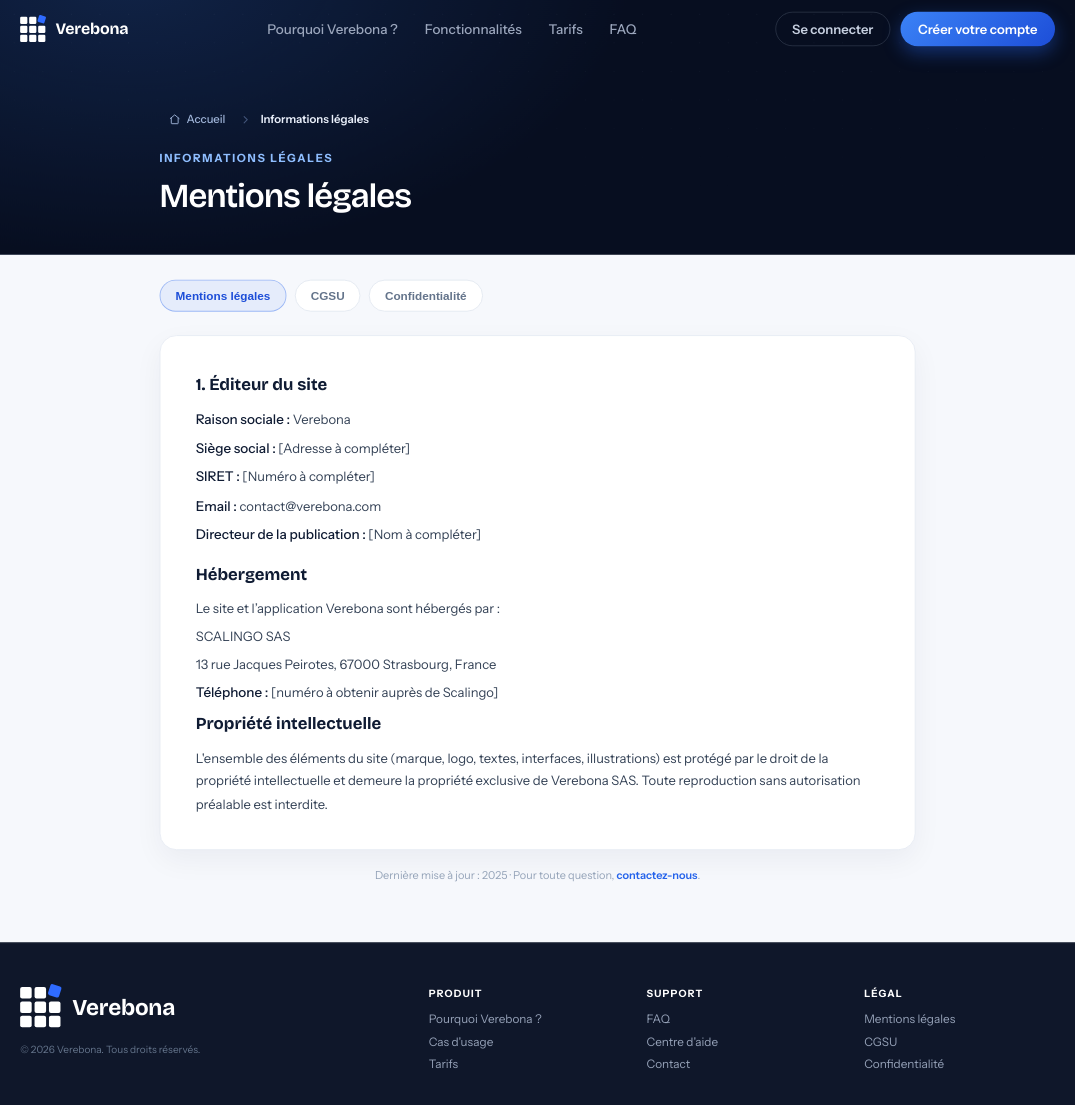
Repository: AdminVerebona/verebona-public
Page: /mentions-legales
An editor plug-in stored every save of this project. The page is shown before and after the next save, followed by the edit.
The browser window is 1280 px wide. The pictures show the whole page, at 84% of full size.
The project was rebuilt for these pictures with package versions that can differ from the ones it lists, and the page was loaded fresh each time. Also part of the build but not shown: next.config.mjs, vite.config.js, vite.config.ts, src/composables/useLanding.ts, src/sections/HeroSection.vue, src/sections/WhySection.vue, src/sections/UseCasesSection.vue, src/sections/FeaturesSection.vue and 6 more.

Above is the page before, as saved 2026-07-10 15:14:16.

### index.html
<!doctype html>
<html lang="fr">
  <head>
    <meta charset="UTF-8" />
    <meta name="viewport" content="width=device-width, initial-scale=1.0" />
    <title>Verebona — Centralisez, organisez, valorisez vos biens</title>
    <meta
      name="description"
      content="Verebona centralise vos biens, documents et échéances pour les retrouver facilement, anticiper les dates importantes et valoriser vos biens le moment venu."
    />
  </head>
  <body>
    <div id="app"></div>
    <script type="module" src="/src/main.ts"></script>
  </body>
</html>

### src/main.ts
import { createApp } from 'vue'
import App from './App.vue'
import router from './router'
import { vHover } from './directives/hover'
import './style.css'

createApp(App)
  .use(router)
  .directive('hover', vHover)
  .mount('#app')

### src/App.vue
<template>
  <div style="background:#070E20;color:#EAF0FB;overflow-x:hidden;min-height:100vh">
    <AppHeader />
    <router-view />
    <AppFooter />
  </div>
</template>

<script setup lang="ts">
import { onMounted, watch, nextTick } from 'vue'
import { useRoute } from 'vue-router'
import AppHeader from './components/AppHeader.vue'
import AppFooter from './components/AppFooter.vue'
import { useScrollReveal } from './composables/useScrollReveal'

const route = useRoute()
const { scan } = useScrollReveal()

onMounted(() => { scan() })

// Re-scan reveal targets whenever the route (page) changes.
watch(
  () => route.fullPath,
  () => { nextTick(() => setTimeout(scan, 60)) },
)
</script>

### src/router/index.ts
import { createRouter, createWebHistory } from 'vue-router'
import HomeView from '../views/HomeView.vue'

const routes = [
  { path: '/', name: 'home', component: HomeView },
  { path: '/aide', name: 'help', component: () => import('../views/HelpView.vue') },
  { path: '/contact', name: 'contact', component: () => import('../views/ContactView.vue') },
  { path: '/mentions-legales', name: 'legal-mentions', component: () => import('../views/LegalView.vue') },
  { path: '/cgu', name: 'legal-cgu', component: () => import('../views/LegalView.vue') },
  { path: '/confidentialite', name: 'legal-confid', component: () => import('../views/LegalView.vue') },
  { path: '/:pathMatch(.*)*', name: 'not-found', component: () => import('../views/NotFoundView.vue') },
]

const router = createRouter({
  history: createWebHistory(),
  routes,
  scrollBehavior(to) {
    if (to.hash) return { el: to.hash, behavior: 'smooth' }
    return { top: 0 }
  },
})

export default router

### src/directives/hover.ts
import type { Directive } from 'vue'

/**
 * v-hover — applies a set of inline styles while the pointer is over the
 * element, and restores the previous values on leave. Reproduces the
 * `style-hover` behaviour of the design prototype.
 *
 * Usage:  <a v-hover="{ color: '#fff', transform: 'translateY(-1px)' }">
 */
type HoverStyles = Record<string, string>

interface HoverEl extends HTMLElement {
  __hoverEnter?: () => void
  __hoverLeave?: () => void
}

export const vHover: Directive<HoverEl, HoverStyles> = {
  mounted(el, binding) {
    const styles = binding.value || {}
    const original: HoverStyles = {}

    const enter = () => {
      for (const key in styles) {
        original[key] = (el.style as any)[key]
        ;(el.style as any)[key] = styles[key]
      }
    }
    const leave = () => {
      for (const key in styles) {
        ;(el.style as any)[key] = original[key] || ''
      }
    }

    el.__hoverEnter = enter
    el.__hoverLeave = leave
    el.addEventListener('mouseenter', enter)
    el.addEventListener('mouseleave', leave)
  },
  unmounted(el) {
    if (el.__hoverEnter) el.removeEventListener('mouseenter', el.__hoverEnter)
    if (el.__hoverLeave) el.removeEventListener('mouseleave', el.__hoverLeave)
  },
}

### src/style.css
/* ============================================================
   Verebona — global styles
   Fonts, resets, scroll-reveal animation, responsive rules.
   All component-level styling is inline in the .vue templates
   (ported 1:1 from the validated design prototype).
   ============================================================ */

@import url('https://fonts.googleapis.com/css2?family=Bricolage+Grotesque:opsz,wght@12..96,400;12..96,500;12..96,600;12..96,700&family=Instrument+Sans:wght@400;500;600;700&family=Space+Mono:wght@400;700&display=swap');

* { box-sizing: border-box; }
html, body { margin: 0; padding: 0; }
body {
  font-family: 'Instrument Sans', system-ui, sans-serif;
  -webkit-font-smoothing: antialiased;
  background: #070E20;
}
h1, h2, h3, h4 { font-family: 'Bricolage Grotesque', sans-serif; margin: 0; }
p { margin: 0; }
a { text-decoration: none; color: inherit; }
a:hover { color: inherit; }

@keyframes vb-float { 0%, 100% { transform: translateY(0); } 50% { transform: translateY(-14px); } }
@keyframes vb-float-s { 0%, 100% { transform: translateY(0); } 50% { transform: translateY(-9px); } }
@keyframes vb-marquee { 0% { transform: translateX(0); } 100% { transform: translateX(-50%); } }

section[id] { scroll-margin-top: 82px; }

/* Scroll reveal */
.vb-reveal,
.vb-rgroup > * {
  transition: opacity .8s cubic-bezier(.16, 1, .3, 1), transform .8s cubic-bezier(.16, 1, .3, 1);
  will-change: opacity, transform;
}
.vb-anim .vb-reveal,
.vb-anim .vb-rgroup > * { opacity: 0; transform: translateY(40px) scale(.985); }
.vb-reveal.vb-in,
.vb-rgroup > .vb-in { opacity: 1 !important; transform: none !important; }
@media (prefers-reduced-motion: reduce) {
  .vb-reveal,
  .vb-rgroup > * { opacity: 1 !important; transform: none !important; transition: none !important; }
}

/* Responsive */
.r-burger, .r-mobile-menu { display: none; }
@media (max-width: 860px) {
  h1 { font-size: 37px !important; line-height: 1.08 !important; }
  h2 { font-size: 26px !important; line-height: 1.22 !important; }
  .r-nav, .r-hide-m, .r-dots, .r-browser { display: none !important; }
  .r-burger { display: inline-flex !important; }
  .r-mobile-menu { display: flex !important; }
  .r-hero, .r-2, .r-2b, .r-3, .r-4, .r-cta { grid-template-columns: 1fr !important; }
  .r-contact { grid-template-columns: 1fr !important; }
  .r-footer { grid-template-columns: 1fr 1fr !important; gap: 24px !important; }
  .r-mock { flex-direction: column !important; align-items: center !important; gap: 0 !important; }
  .r-uc { flex-direction: column !important; }
  .r-uc-panel { min-width: 0 !important; padding: 22px 20px !important; }
  .r-2 { grid-template-columns: 1fr !important; }
  .r-tri { grid-template-columns: 1fr !important; }
}

### src/composables/useScrollReveal.ts
/**
 * Scroll-reveal: adds `.vb-in` to `.vb-reveal` / `.vb-rgroup` elements as they
 * enter the viewport (staggering the children of a group). Ported from the
 * prototype's IntersectionObserver logic. Honours prefers-reduced-motion and
 * has a safety timeout so content is never left hidden.
 */
let io: IntersectionObserver | null = null

const reduce =
  typeof window !== 'undefined' &&
  !!window.matchMedia &&
  window.matchMedia('(prefers-reduced-motion: reduce)').matches

if (!reduce && typeof document !== 'undefined') {
  document.documentElement.classList.add('vb-anim')
}

function revealAll() {
  document.querySelectorAll('.vb-reveal').forEach((e) => e.classList.add('vb-in'))
  document.querySelectorAll('.vb-rgroup > *').forEach((e) => e.classList.add('vb-in'))
}

function ensureObserver() {
  if (io || reduce || typeof window === 'undefined' || !('IntersectionObserver' in window)) return
  io = new IntersectionObserver(
    (entries) => {
      entries.forEach((entry) => {
        if (!entry.isIntersecting) return
        const el = entry.target as HTMLElement
        io!.unobserve(el)
        if (el.classList.contains('vb-rgroup')) {
          Array.from(el.children).forEach((c, i) => {
            ;(c as HTMLElement).style.transitionDelay = i * 90 + 'ms'
            c.classList.add('vb-in')
          })
        } else {
          el.classList.add('vb-in')
        }
      })
    },
    { threshold: 0.12, rootMargin: '0px 0px -8% 0px' },
  )
}

export function useScrollReveal() {
  function scan() {
    if (reduce || typeof window === 'undefined' || !('IntersectionObserver' in window)) {
      revealAll()
      return
    }
    ensureObserver()
    document.querySelectorAll('.vb-reveal, .vb-rgroup').forEach((el) => io!.observe(el))
    // Safety net: never leave content hidden.
    window.setTimeout(revealAll, 2200)
  }
  return { scan }
}

### src/views/LegalView.vue
<template>
<section style="position:relative;padding:128px 24px 48px;overflow:hidden;background:radial-gradient(1000px 560px at 12% -10%,rgba(59,130,246,.18),transparent 60%),#070E20">
  <div style="position:absolute;inset:0;background-image:radial-gradient(rgba(148,163,184,.09) 1px,transparent 1px);background-size:34px 34px;-webkit-mask-image:linear-gradient(to bottom,#000,transparent 85%);mask-image:linear-gradient(to bottom,#000,transparent 85%);pointer-events:none"></div>
  <div style="max-width:900px;margin:0 auto;position:relative">
    <nav aria-label="Fil d'Ariane" style="margin-bottom:24px"><ol style="display:flex;align-items:center;gap:6px;list-style:none;margin:0;padding:0;font-size:13.5px"><li style="display:flex;align-items:center"><a href="#" @click.prevent="goHome" style="display:inline-flex;align-items:center;gap:7px;color:#9FB4D8;font-weight:500;padding:6px 11px;border-radius:9px;cursor:pointer;transition:color .15s,background .15s" v-hover="{color:'#fff',background:'rgba(255,255,255,.06)'}"><svg width="14" height="14" viewBox="0 0 24 24" fill="none" stroke="currentColor" stroke-width="1.9" stroke-linecap="round" stroke-linejoin="round"><path d="M3 10.5 12 3l9 7.5"/><path d="M5 9.5V20a1 1 0 0 0 1 1h12a1 1 0 0 0 1-1V9.5"/></svg>Accueil</a></li><li aria-hidden="true" style="display:flex;color:#42557A"><svg width="15" height="15" viewBox="0 0 24 24" fill="none" stroke="currentColor" stroke-width="2" stroke-linecap="round" stroke-linejoin="round"><path d="M9 6l6 6-6 6"/></svg></li><li aria-current="page" style="color:#EAF0FB;font-weight:600;padding:6px 4px">{{ crumbLabel }}</li></ol></nav>
    <div style="font-size:13.5px;letter-spacing:.15em;text-transform:uppercase;font-weight:800;color:#8FBEFF;margin-bottom:16px">Informations légales</div>
    <h1 style="font-size:40px;line-height:1.08;font-weight:600;letter-spacing:-.025em;color:#fff">{{ legalTitle }}</h1>
  </div>
</section>
<section style="background:#F6F8FC;padding:30px 24px 72px">
  <div style="max-width:900px;margin:0 auto">
    <div style="display:flex;flex-wrap:wrap;gap:10px;margin-bottom:28px">
      <button type="button" :style="legalMentionsStyle" @click.prevent="goMentions">Mentions légales</button>
      <button type="button" :style="legalCGUStyle" @click.prevent="goCGU">CGSU</button>
      <button type="button" :style="legalConfidStyle" @click.prevent="goConfid">Confidentialité</button>
    </div>
    <div style="background:#fff;border:1px solid #E6EBF3;border-radius:20px;padding:40px 42px;box-shadow:0 12px 34px rgba(15,27,51,.05)">
      <template v-if="isMentions">
        <div style="font-size:15.5px;line-height:1.75;color:#334155">
          <h2 style="font-size:20px;font-weight:700;color:#0F1B33;font-family:'Bricolage Grotesque',sans-serif;margin:0 0 10px">1. Éditeur du site</h2>
          <p style="margin:0 0 6px"><span style="font-size:16px;font-weight:500;color:#0F1B33">Raison sociale :</span> Verebona</p>
          <p style="margin:0 0 6px"><span style="font-size:16px;font-weight:500;color:#0F1B33">Siège social :</span> [Adresse à compléter]</p>
          <p style="margin:0 0 6px"><span style="font-size:16px;font-weight:500;color:#0F1B33">SIRET :</span> [Numéro à compléter]</p>
          <p style="margin:0 0 6px"><span style="font-size:16px;font-weight:500;color:#0F1B33">Email :</span> contact@verebona.com</p>
          <p style="margin:0 0 16px"><span style="font-size:16px;font-weight:500;color:#0F1B33">Directeur de la publication :</span> [Nom à compléter]</p>
          <h2 style="font-size:20px;font-weight:700;color:#0F1B33;font-family:'Bricolage Grotesque',sans-serif;margin:0 0 10px">Hébergement</h2>
          <p style="margin:0 0 6px">Le site et l’application Verebona sont hébergés par : </p>
          <p style="margin:0 0 6px">SCALINGO SAS</p>

<p style="margin:0 0 6px">13 rue Jacques Peirotes, 67000 Strasbourg, France</p>

<p style="margin:0 0 6px"><span style="font-size:16px;font-weight:500;color:#0F1B33">Téléphone :</span> [numéro à obtenir auprès de Scalingo]</p>
          <h2 style="font-size:20px;font-weight:700;color:#0F1B33;font-family:'Bricolage Grotesque',sans-serif;margin:0 0 10px">Propriété intellectuelle</h2>
          <p style="margin:0">L'ensemble des éléments du site (marque, logo, textes, interfaces, illustrations) est protégé par le droit de la propriété intellectuelle et demeure la propriété exclusive de Verebona SAS. Toute reproduction sans autorisation préalable est interdite.</p>
        </div>
      </template>
      <template v-if="isCGU">
        <div style="font-size:15.5px;line-height:1.75;color:#334155">
          <h2 style="font-size:20px;font-weight:700;color:#0F1B33;font-family:'Bricolage Grotesque',sans-serif;margin:0 0 10px">1. Objet</h2>
          <p style="margin:0 0 22px">Les présentes conditions générales de service et d'utilisation (CGSU) définissent les modalités d'accès et d'utilisation de la plateforme Verebona, service de centralisation et d'organisation documentaire du patrimoine.</p>
          <h2 style="font-size:20px;font-weight:700;color:#0F1B33;font-family:'Bricolage Grotesque',sans-serif;margin:0 0 10px">2. Compte et abonnement</h2>
          <p style="margin:0 0 22px">L'accès au service nécessite la création d'un compte et la souscription d'une offre. L'utilisateur s'engage à fournir des informations exactes et à préserver la confidentialité de ses identifiants.</p>
          <h2 style="font-size:20px;font-weight:700;color:#0F1B33;font-family:'Bricolage Grotesque',sans-serif;margin:0 0 10px">3. Nature du service</h2>
          <p style="margin:0 0 22px">Verebona est une plateforme d'organisation. Les documents importés ne sont ni certifiés, ni validés, ni garantis juridiquement. L'utilisateur reste seul responsable de l'exactitude des informations qu'il enregistre.</p>
          <h2 style="font-size:20px;font-weight:700;color:#0F1B33;font-family:'Bricolage Grotesque',sans-serif;margin:0 0 10px">4. Responsabilités</h2>
          <p style="margin:0 0 22px">Verebona met en œuvre les moyens raisonnables pour assurer la disponibilité et la sécurité du service, sans obligation de résultat concernant une disponibilité ininterrompue.</p>
          <h2 style="font-size:20px;font-weight:700;color:#0F1B33;font-family:'Bricolage Grotesque',sans-serif;margin:0 0 10px">5. Résiliation</h2>
          <p style="margin:0">L'utilisateur peut résilier son abonnement à tout moment. Des modalités de récupération des données sont prévues afin d'éviter tout verrouillage à la fin du contrat.</p>
        </div>
      </template>
      <template v-if="isConfid">
        <div style="font-size:15.5px;line-height:1.75;color:#334155">
          <h2 style="font-size:20px;font-weight:700;color:#0F1B33;font-family:'Bricolage Grotesque',sans-serif;margin:0 0 10px">Données collectées</h2>
          <p style="margin:0 0 22px">Verebona collecte les données nécessaires au fonctionnement du service : informations de compte, contenus importés (fiches de biens, documents) et données d'usage strictement utiles à l'amélioration du service.</p>
          <h2 style="font-size:20px;font-weight:700;color:#0F1B33;font-family:'Bricolage Grotesque',sans-serif;margin:0 0 10px">Finalités</h2>
          <p style="margin:0 0 22px">Les données sont traitées pour fournir le service, assurer la sécurité, et répondre aux obligations légales. Elles ne sont jamais cédées à des tiers à des fins commerciales.</p>
          <h2 style="font-size:20px;font-weight:700;color:#0F1B33;font-family:'Bricolage Grotesque',sans-serif;margin:0 0 10px">Sécurité</h2>
          <p style="margin:0 0 22px">Vos données sont chiffrées lors du stockage et des échanges, et hébergées sur une infrastructure sécurisée au sein de l'Union européenne.</p>
          <h2 style="font-size:20px;font-weight:700;color:#0F1B33;font-family:'Bricolage Grotesque',sans-serif;margin:0 0 10px">Vos droits</h2>
          <p style="margin:0">Conformément au RGPD, vous disposez d'un droit d'accès, de rectification, de portabilité et de suppression de vos données. Pour exercer ces droits, écrivez à contact@verebona.com.</p>
        </div>
      </template>
    </div>
    <p style="font-size:13px;color:#94A3B8;margin-top:22px;text-align:center">Dernière mise à jour : 2025 · Pour toute question, <a href="#" @click.prevent="goContact" style="color:#2563EB;font-weight:600">contactez-nous</a>.</p>
  </div>
</section>
</template>

<script setup lang="ts">
import { useLegal } from '../composables/useLegal'
import { useNav } from '../composables/useNav'
const { isMentions, isCGU, isConfid, legalTitle, legalMentionsStyle, legalCGUStyle, legalConfidStyle, crumbLabel } = useLegal()
const { goHome, goContact, goMentions, goCGU, goConfid } = useNav()
</script>

### src/composables/useNav.ts
import { ref, computed, nextTick } from 'vue'
import { useRouter, useRoute } from 'vue-router'

// Shared across header + footer + mobile menu.
const menuOpen = ref(false)

/**
 * useNav — header/footer navigation. Page links use vue-router; the four
 * in-page section links (Pourquoi / Fonctionnalités / Tarifs / FAQ) route to
 * home first if needed, then smooth-scroll to the anchor.
 */
export function useNav() {
  const router = useRouter()
  const route = useRoute()

  const toggleMenu = () => { menuOpen.value = !menuOpen.value }
  const closeMenu = () => { menuOpen.value = false }

  function scrollToId(id: string) {
    const el = document.getElementById(id)
    if (el && el.scrollIntoView) {
      try { el.scrollIntoView({ behavior: 'smooth', block: 'start' }) } catch { /* noop */ }
    }
  }
  function goToAnchor(id: string) {
    closeMenu()
    if (route.path !== '/') {
      router.push('/').then(() => nextTick(() => setTimeout(() => scrollToId(id), 80)))
    } else {
      scrollToId(id)
    }
  }

  const goHome = () => { closeMenu(); router.push('/') }
  const goAide = () => { closeMenu(); router.push('/aide') }
  const goContact = () => { closeMenu(); router.push('/contact') }
  const goMentions = () => { closeMenu(); router.push('/mentions-legales') }
  const goCGU = () => { closeMenu(); router.push('/cgu') }
  const goConfid = () => { closeMenu(); router.push('/confidentialite') }

  const navPourquoi = () => goToAnchor('pourquoi')
  const navFeatures = () => goToAnchor('features')
  const navPricing = () => goToAnchor('pricing')
  const navFaq = () => goToAnchor('faq')
  const navCasUsage = () => goToAnchor('cas-usage')

  const burgerBase = 'display:block;width:20px;height:2px;border-radius:2px;background:#fff;transition:transform .25s,opacity .25s;'
  const burgerTop = computed(() => burgerBase + 'transform:' + (menuOpen.value ? 'translateY(6px) rotate(45deg)' : 'none'))
  const burgerMid = computed(() => burgerBase + 'opacity:' + (menuOpen.value ? '0' : '1'))
  const burgerBot = computed(() => burgerBase + 'transform:' + (menuOpen.value ? 'translateY(-6px) rotate(-45deg)' : 'none'))

  return {
    menuOpen, toggleMenu, closeMenu,
    goHome, goAide, goContact, goMentions, goCGU, goConfid,
    navPourquoi, navFeatures, navPricing, navFaq, navCasUsage,
    burgerTop, burgerMid, burgerBot,
  }
}

### src/composables/useLegal.ts
import { computed } from 'vue'
import { useRoute } from 'vue-router'

/**
 * Legal page — a single view with three tabs (mentions / cgu / confid),
 * each mapped to its own route so they are independently linkable & indexable:
 *   /mentions-legales   /cgu   /confidentialite
 */
export function useLegal() {
  const route = useRoute()

  const tab = computed<'mentions' | 'cgu' | 'confid'>(() => {
    if (route.path.includes('cgu')) return 'cgu'
    if (route.path.includes('confidentialite')) return 'confid'
    return 'mentions'
  })

  const isMentions = computed(() => tab.value === 'mentions')
  const isCGU = computed(() => tab.value === 'cgu')
  const isConfid = computed(() => tab.value === 'confid')

  const legalTitle = computed(() =>
    tab.value === 'cgu'
      ? "Conditions générales de service et d'utilisation"
      : tab.value === 'confid'
        ? 'Politique de confidentialité'
        : 'Mentions légales',
  )

  const tabStyle = (a: boolean) =>
    `padding:10px 18px;border-radius:999px;font-size:14px;font-weight:600;cursor:pointer;border:1px solid ${a ? 'rgba(37,99,235,.4)' : '#E2E8F0'};background:${a ? 'rgba(37,99,235,.08)' : '#fff'};color:${a ? '#1D4ED8' : '#64748B'};transition:all .15s`

  const legalMentionsStyle = computed(() => tabStyle(isMentions.value))
  const legalCGUStyle = computed(() => tabStyle(isCGU.value))
  const legalConfidStyle = computed(() => tabStyle(isConfid.value))

  return {
    isMentions, isCGU, isConfid, legalTitle,
    legalMentionsStyle, legalCGUStyle, legalConfidStyle,
    crumbLabel: 'Informations légales',
  }
}

Loaded but not shown: src/components/AppHeader.vue (68 lines, source omitted); src/components/AppFooter.vue (21 lines, source omitted)

After the next save:
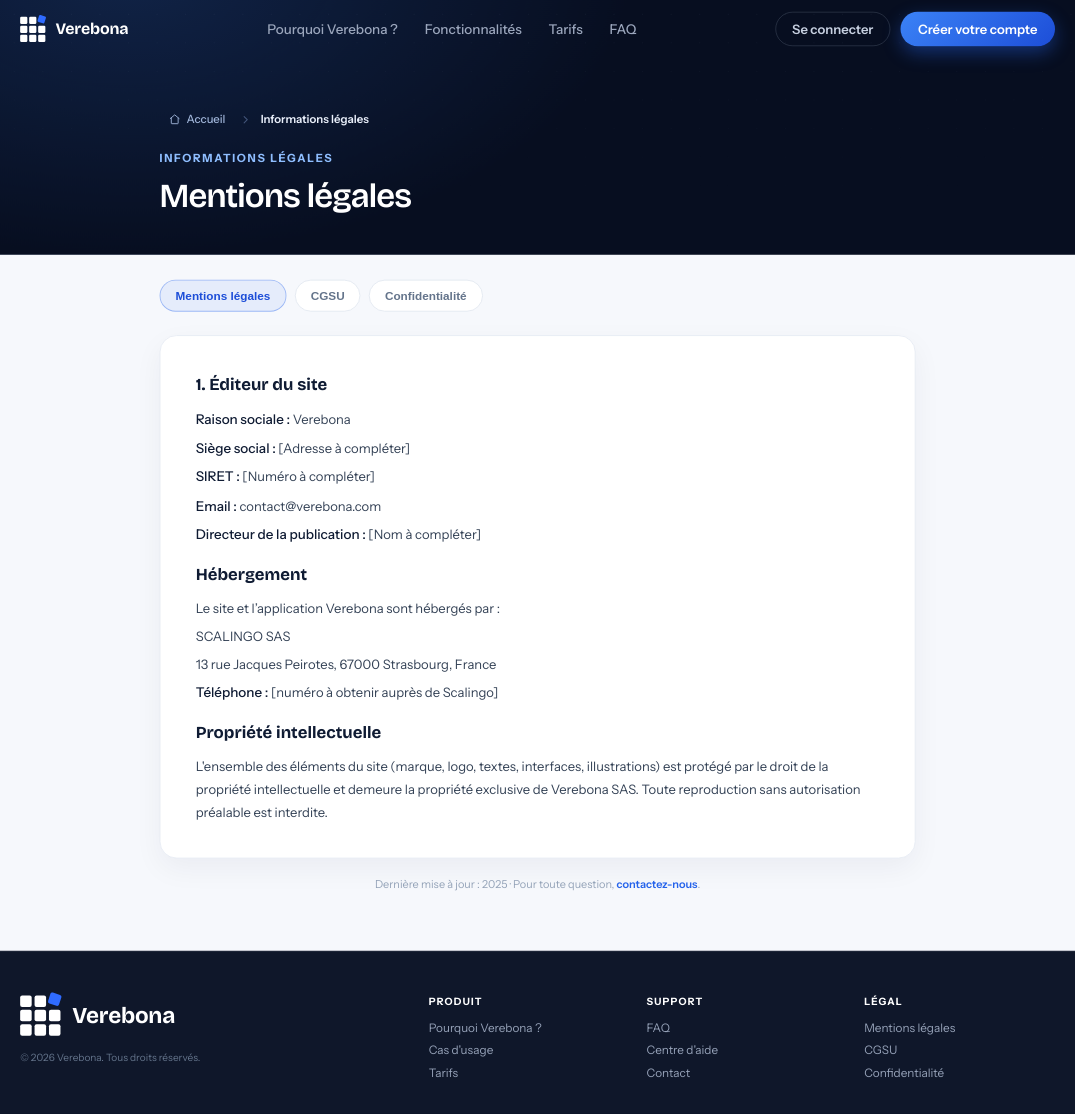
Saved 22 s later.
--- a/src/views/LegalView.vue
+++ b/src/views/LegalView.vue
@@ -26,10 +26,8 @@
           <h2 style="font-size:20px;font-weight:700;color:#0F1B33;font-family:'Bricolage Grotesque',sans-serif;margin:0 0 10px">Hébergement</h2>
           <p style="margin:0 0 6px">Le site et l’application Verebona sont hébergés par : </p>
           <p style="margin:0 0 6px">SCALINGO SAS</p>
-
-<p style="margin:0 0 6px">13 rue Jacques Peirotes, 67000 Strasbourg, France</p>
-
-<p style="margin:0 0 6px"><span style="font-size:16px;font-weight:500;color:#0F1B33">Téléphone :</span> [numéro à obtenir auprès de Scalingo]</p>
+          <p style="margin:0 0 6px">13 rue Jacques Peirotes, 67000 Strasbourg, France</p>
+          <p style="margin:0 0 16px"><span style="font-size:16px;font-weight:500;color:#0F1B33">Téléphone :</span> [numéro à obtenir auprès de Scalingo]</p>
           <h2 style="font-size:20px;font-weight:700;color:#0F1B33;font-family:'Bricolage Grotesque',sans-serif;margin:0 0 10px">Propriété intellectuelle</h2>
           <p style="margin:0">L'ensemble des éléments du site (marque, logo, textes, interfaces, illustrations) est protégé par le droit de la propriété intellectuelle et demeure la propriété exclusive de Verebona SAS. Toute reproduction sans autorisation préalable est interdite.</p>
         </div>
